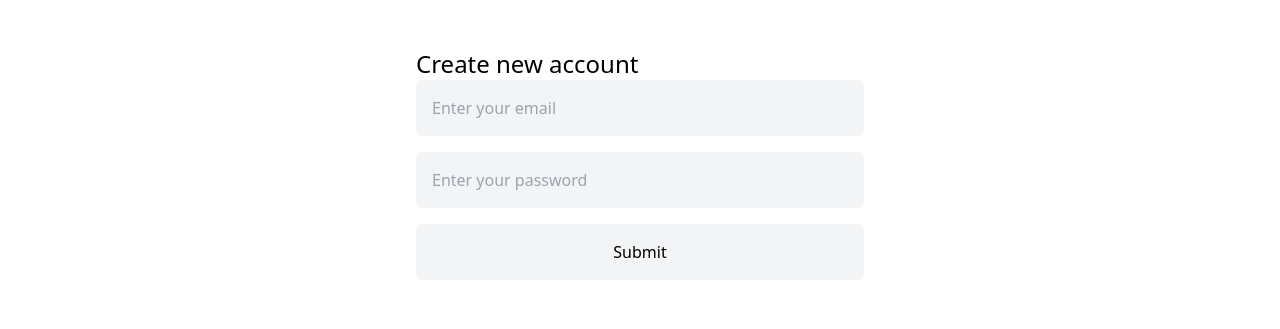
Repository: sevilgenysf/firebase
Page: /sign-up
These files come from the project's save history. The page is drawn as it stood at one moment and after the next save; the edit follows.
The browser window is 1280 px wide. The pictures show the whole page.
The project was rebuilt for these pictures with package versions that can differ from the ones it lists, and the page was loaded fresh each time. Also part of the build but not shown: src/pages/Home.js, src/pages/SignIn.js.

Above is the page before, as saved 2023-01-02 15:55:09.

After the next save:
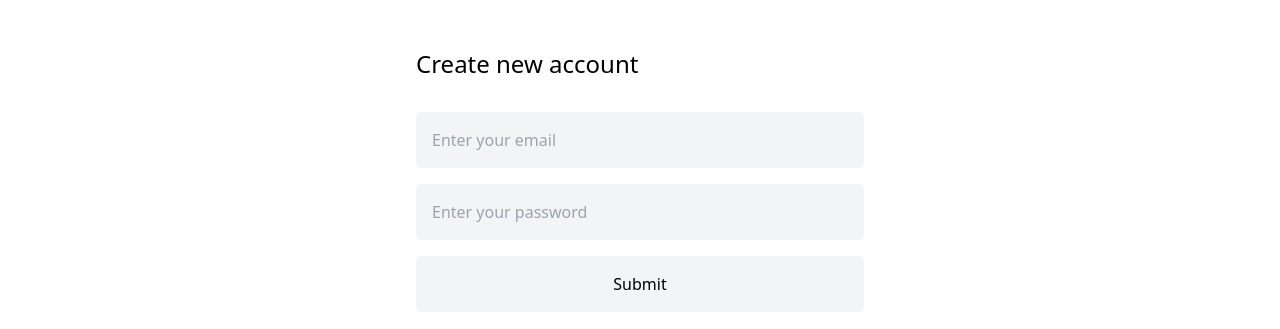
Saved 23 s later.
--- a/src/pages/SignUp.js
+++ b/src/pages/SignUp.js
@@ -2,7 +2,7 @@ const SignUp = () => {
 	return (
 		<div className="max-w-md mx-auto py-12">
 			<h1 className="text-2xl">Create new account</h1>
-			<form className="flex flex-col gap-4">
+			<form className="flex flex-col gap-4 mt-8">
 				<input
 					type="email"
 					placeholder="Enter your email"
